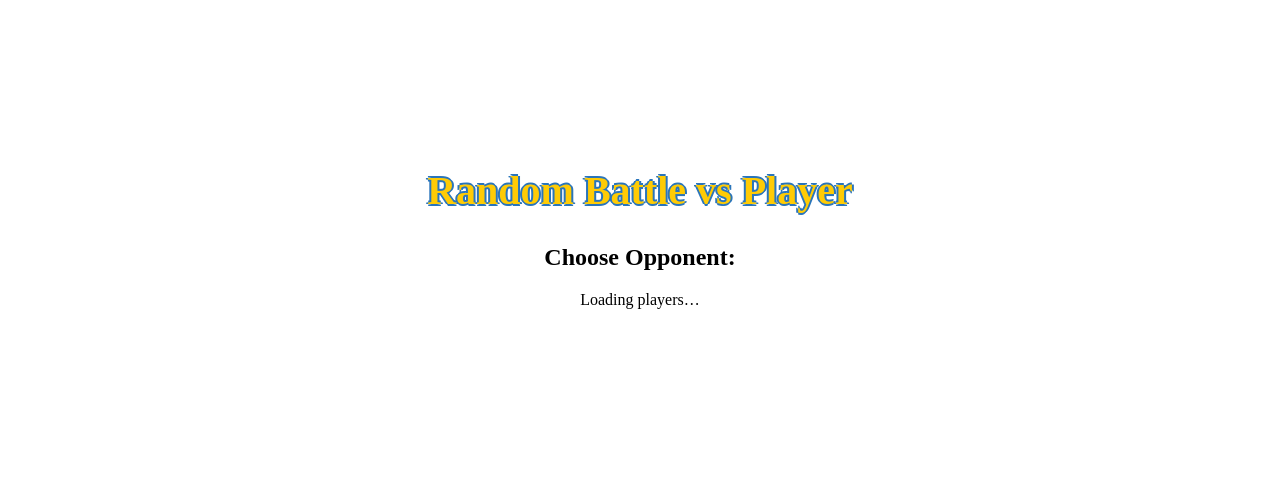
Repository: elavcoh/nodedemos
Page: Client/arena/random-vs-player.html
These files come from the project's save history. The page is drawn as it stood at one moment and after the next save; the edit follows.
The browser window is 1280 px wide. The pictures show the whole page.
The page's requests for data from a server got no answer.

Above is the page before, as saved 2025-07-30 13:50:08.

After the next save:
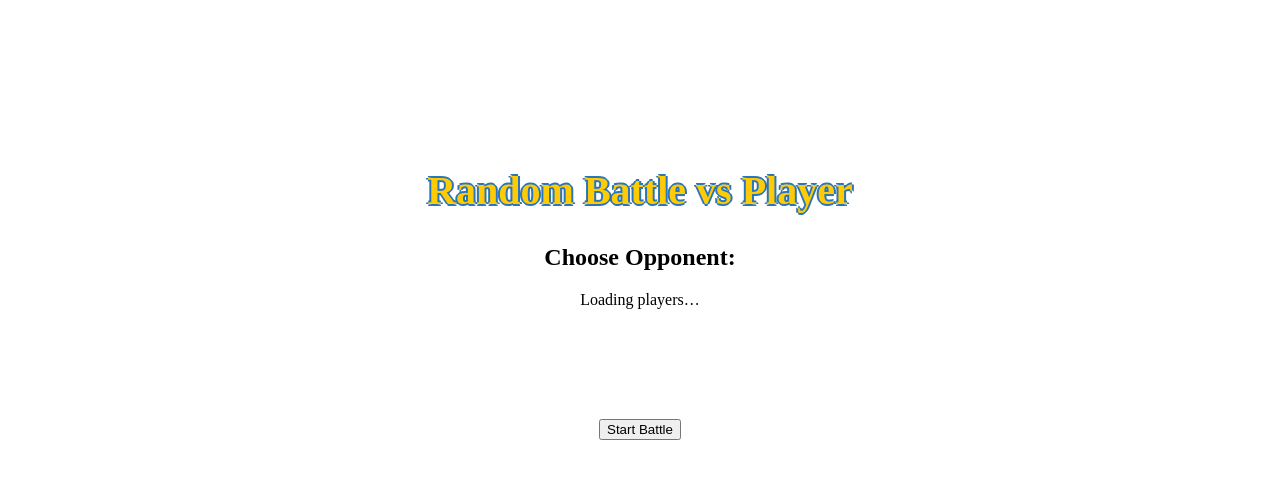
Console error: TypeError: Cannot set properties of null (setting 'onclick')
Saved 12 s later.
--- a/Client/arena/random-vs-player.html
+++ b/Client/arena/random-vs-player.html
@@ -5,21 +5,6 @@
   <title>Random vs Player</title>
   <link rel="stylesheet" href="/arena.css"/>
   <link rel="stylesheet" href="/battle.css"/>
-  <style>
-    .players-list { margin:20px; }
-    .player-card {
-      background:#fff; border:2px solid #2a75bb; padding:10px;
-      margin:10px; display:inline-block; cursor:pointer;
-      border-radius:8px; transition:0.3s;
-    }
-    .player-card:hover { background:#ffcb05; }
-    .battle-container { display:none; text-align:center; }
-    .pokemon { display:inline-block; margin:20px; }
-    .pokemon img { max-width:150px; }
-    .winner { border:3px solid gold; box-shadow:0 0 15px gold; }
-    .loser { opacity:0.4; }
-    #timer { font-size:2rem; color:red; margin:20px; }
-  </style>
 </head>
 <body>
   <div class="arena-container">
@@ -37,93 +22,6 @@
     </div>
   </div>
 
-  <script>
-    let selectedOpponent = null;
-    let battleData = null;
-
-    async function loadPlayers() {
-      const res = await fetch('/api/online-users');
-      const data = await res.json();
-      const list = document.getElementById('players-list');
-      list.innerHTML = '';
-
-      if (!data.online.length) {
-        list.textContent = 'No players online.';
-        return;
-      }
-
-      data.online.forEach(p => {
-        const div = document.createElement('div');
-        div.className = 'player-card';
-        div.textContent = p.firstName + " (" + p.email + ")";
-        div.onclick = () => startBattle(p.id);
-        list.appendChild(div);
-      });
-    }
-
-    async function startBattle(opponentId) {
-      const res = await fetch('/api/arena/battle', {
-        method:'POST',
-        headers:{ 'Content-Type':'application/json' },
-        body: JSON.stringify({ opponentId })
-      });
-      battleData = await res.json();
-
-      document.getElementById('players-section').style.display = 'none';
-      document.getElementById('battle-section').style.display = 'block';
-
-      renderBattle();
-    }
-
-    function renderBattle() {
-      const field = document.getElementById('battle-field');
-      const me = battleData.me, opp = battleData.opponent;
-      field.innerHTML = `
-        <div class="pokemon" id="me">
-          <h3>${me.user.name}</h3>
-          <img src="${me.pokemon.image}" alt="${me.pokemon.name}"/>
-          <p>${me.pokemon.name}</p>
-          <p>HP:${me.pokemon.stats.hp} Atk:${me.pokemon.stats.attack} Def:${me.pokemon.stats.defense} Spd:${me.pokemon.stats.speed}</p>
-        </div>
-        <div class="pokemon" id="opp">
-          <h3>${opp.user.name}</h3>
-          <img src="${opp.pokemon.image}" alt="${opp.pokemon.name}"/>
-          <p>${opp.pokemon.name}</p>
-          <p>HP:${opp.pokemon.stats.hp} Atk:${opp.pokemon.stats.attack} Def:${opp.pokemon.stats.defense} Spd:${opp.pokemon.stats.speed}</p>
-        </div>
-      `;
-    }
-
-    document.getElementById('start-battle-btn').onclick = () => {
-      let t = 3;
-      const timer = document.getElementById('timer');
-      timer.textContent = t;
-      const intv = setInterval(() => {
-        t--;
-        if (t === 0) {
-          clearInterval(intv);
-          timer.textContent = "Fight!";
-          showWinner();
-        } else {
-          timer.textContent = t;
-        }
-      },1000);
-    };
-
-    function showWinner() {
-      const winnerId = battleData.winner;
-      const me = document.getElementById('me');
-      const opp = document.getElementById('opp');
-      if (battleData.me.user.id === winnerId) {
-        me.classList.add('winner');
-        opp.classList.add('loser');
-      } else {
-        opp.classList.add('winner');
-        me.classList.add('loser');
-      }
-    }
-
-    loadPlayers();
-  </script>
+  <script src="/arena/random-vs-player.js"></script>
 </body>
 </html>

After the save that followed:
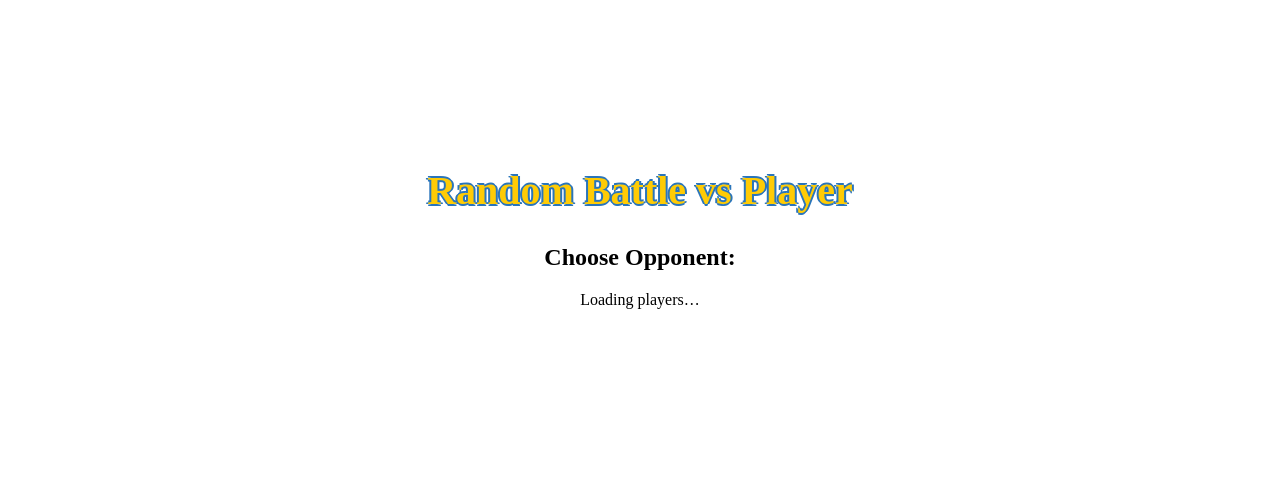
Saved 22 s later.
--- a/Client/arena.css
+++ b/Client/arena.css
@@ -11,36 +11,23 @@
   font-family: 'Press Start 2P', cursive;
   font-size: 2.5rem;
   color: #FFCB05;
-  text-shadow:
-    -2px 0 #2A75BB,
-     0 2px #2A75BB,
-     2px 0 #2A75BB,
-     0 -2px #2A75BB;
+  text-shadow: -2px 0 #2A75BB, 0 2px #2A75BB, 2px 0 #2A75BB, 0 -2px #2A75BB;
   margin-bottom: 30px;
 }
 
-/* כל הכפתורים בעיצוב אחיד */
-#back-button,
-#vs-bot-button,
-#vs-player-button {
-  background-color: #ffcb05;
-  border: none;
-  padding: 12px 20px;
-  font-size: 16px;
-  border-radius: 6px;
-  cursor: pointer;
-  transition: all 0.3s ease;
-  color: #2a75bb;
-  font-weight: bold;
-  margin: 0 10px;
-  box-shadow: 0 4px 8px rgba(0,0,0,0.2);
+.player-card {
+  background:#fff; border:2px solid #2a75bb; padding:10px;
+  margin:10px; display:inline-block; cursor:pointer;
+  border-radius:8px; transition:0.3s;
 }
+.player-card:hover { background:#ffcb05; }
 
-/* אפקט Hover עם שינוי צבע + קפיצה קלה */
-#back-button:hover,
-#vs-bot-button:hover,
-#vs-player-button:hover {
-  background-color: #f5b700;
-  transform: scale(1.08);
-  box-shadow: 0 6px 12px rgba(0,0,0,0.3);
-}
+.battle-container { display:none; text-align:center; }
+
+.pokemon { display:inline-block; margin:20px; }
+.pokemon img { max-width:150px; }
+
+.winner { border:3px solid gold; box-shadow:0 0 15px gold; }
+.loser { opacity:0.4; }
+
+#timer { font-size:2rem; color:red; margin:20px; }
